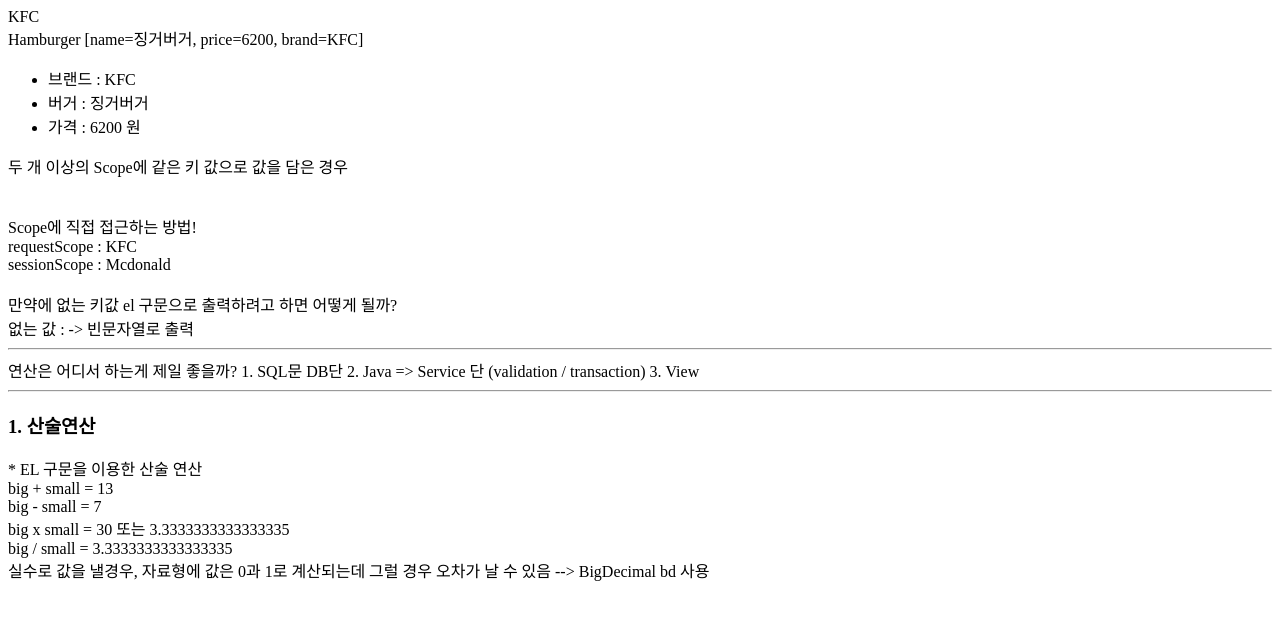
Repository: parkjin-sol/web-workplace
Page: http://localhost/McdonaldProject/sc
These files come from the project's save history. The page is drawn as it stood at one moment and after the next save; the edit follows.
The browser window is 1280 px wide. The pictures show the whole page.
The page is served by Tomcat 9. Other server files are loaded and not shown.

Above is the page before, as saved 2025-03-11 01:49:40.

### McdonaldProject/src/main/webapp/WEB-INF/views/print.jsp
<%@ page language="java" contentType="text/html; charset=UTF-8"
    pageEncoding="UTF-8"%>
<%
	// String brand = (String)request.getAttribute("brand");
%>
<!DOCTYPE html>
<html>
<head>
<meta charset="UTF-8">
<title>Insert title here</title>
</head>
<body>
	${ brand } <br>
	${ bestSeller }

	<ul>
		<li> 브랜드 : ${ bestSeller.brand }</li>
		<li> 버거 : ${ bestSeller.name }</li>
		<li> 가격 : ${ bestSeller.price } 원</li>
	</ul>

	두 개 이상의 Scope에 같은 키 값으로 값을 담은 경우 <br>

	<!--
		page => request => session => application 순으로 키값을 겁색
	 -->
	 <br><br>
	 Scope에 직접 접근하는 방법! <br>
	 requestScope : ${ requestScope.brand } <br>
	 sessionScope : ${ sessionScope.brand } <br>
	 <br>
	 만약에 없는 키값 el 구문으로 출력하려고 하면 어떻게 될까? <br>

	 없는 값 : ${ sessionScope.abc }
	 -> 빈문자열로 출력


	 <hr>

	 연산은 어디서 하는게 제일 좋을까?
	 1. SQL문 DB단
	 2. Java => Service 단 (validation / transaction)
	 3. View

	 <hr>

	 <h3>1. 산술연산</h3>
	 <p>
	 	* EL 구문을 이용한 산술 연산
	 	<br>
	 	big + small = ${ big + small } <br>
	 	big - small = ${ big - small } <br>
	 	big x small = ${ big * small }  또는 ${ big div small }<br>
	 	big / small = ${ big / small } <br>

	 	실수로 값을 낼경우, 자료형에 값은 0과 1로 계산되는데
	 	그럴 경우 오차가 날 수 있음
	 	--> BigDecimal bd 사용

	 </p>




























</body>
</html>

### McdonaldProject/src/main/java/com/kh/mcdonald/controller/SettingController.java
package com.kh.mcdonald.controller;

import java.io.IOException;
import java.util.ArrayList;

import javax.servlet.ServletException;
import javax.servlet.annotation.WebServlet;
import javax.servlet.http.HttpServlet;
import javax.servlet.http.HttpServletRequest;
import javax.servlet.http.HttpServletResponse;
import javax.servlet.http.HttpSession;

import com.kh.mcdonald.model.dto.Hamburger;


@WebServlet("/sc")
public class SettingController extends HttpServlet {
	private static final long serialVersionUID = 1L;


    public SettingController() {
    	super();
    }


	protected void doGet(HttpServletRequest request, HttpServletResponse response) throws ServletException, IOException {
		// System.out.println("뚜겟");

		// Servlet에서 응답 데이터가 있는데 ?
		// JSP에게 보내줘야함! --> request에 담아서
		 							// Servlet 내장 객체 / Scope 객체

		// Application / Session / Request              / Page
		/*
		 * 1. Servlet Context(Application Scope)
		 * 하나의 애플리케이션 당, 딱 한 개 존재하는 객체
		 * 이 영역에 데이터를 담으면 전역에서 사용가능
		 *
		 * 2. HttpSession (Session Scope)
		 * 하나의 브라우저 당, 한 개 존재하는 객체
		 * 이 영역에 데이터를 담으면 JSP / Servlet 단에서 사용 가능
		 * 값이 한번 담기면, 브라우저가 닫히거나, 세션을 비우거나(로그아웃),
		 * 서버를 중지하기 전까지는 계속해서 사용 가능
		 *
		 * 3. HttpServletRequest (Request Scope)
		 * 요청 시 매 번 생성되는 객체
		 * 이 영역에 데이터를 담으면 해당 request 객체를 포워딩 받는
		 * 응답 JSP에서만 사용가능(1회용)
		 *
		 * 4. PageContext(Page Scope)
		 * JSP페이지 내에서만 사용가능
		 *
		 * => 위 객체들에 값을 담을떄는 .setAttribute("키", "value")
		 * 							    .getAttributr("키")
		 *                              .removeAttribute("키")
		 *
		 *
		 *
		 */

		// requestScope
		// 객체 지향 개념에서 제일 중요한건 주체!

		request.setAttribute("brand","KFC");
		request.setAttribute("bestSeller", new Hamburger("징거버거", 6200, "KFC"));


		// sessionScope
		HttpSession session = request.getSession();
		session.setAttribute("brand", "Mcdonald");
		session.setAttribute("bestSeller", new Hamburger("빅맥", 6500,"Mcdonald"));


		// 숫자
		request.setAttribute("big", 10);
		request.setAttribute("small", 3);

		// 문자
		request.setAttribute("str", "좋아하는 문구");

		// 리스트
		request.setAttribute("list", new ArrayList());


		// 응답 뷰 위임 -> 포워딩

		request.getRequestDispatcher("/WEB-INF/views/print.jsp").forward(request, response);

	}


	protected void doPost(HttpServletRequest request, HttpServletResponse response) throws ServletException, IOException {
		doGet(request, response);
	}

}

### McdonaldProject/src/main/java/com/kh/mcdonald/model/dto/Hamburger.java
package com.kh.mcdonald.model.dto;

public class Hamburger {
	private String name;
	private int price;
	private String brand;

	public Hamburger() {
		super();
	}
	public Hamburger(String name, int price, String brand) {
		super();
		this.name = name;
		this.price = price;
		this.brand = brand;
	}
	@Override
	public String toString() {
		return "Hamburger [name=" + name + ", price=" + price + ", brand=" + brand + "]";
	}

	public String getName() {
		return name;
	}
	public void setName(String name) {
		this.name = name;
	}
	public int getPrice() {
		return price;
	}
	public void setPrice(int price) {
		this.price = price;
	}
	public String getBrand() {
		return brand;
	}
	public void setBrand(String brand) {
		this.brand = brand;
	}


}

After the next save:
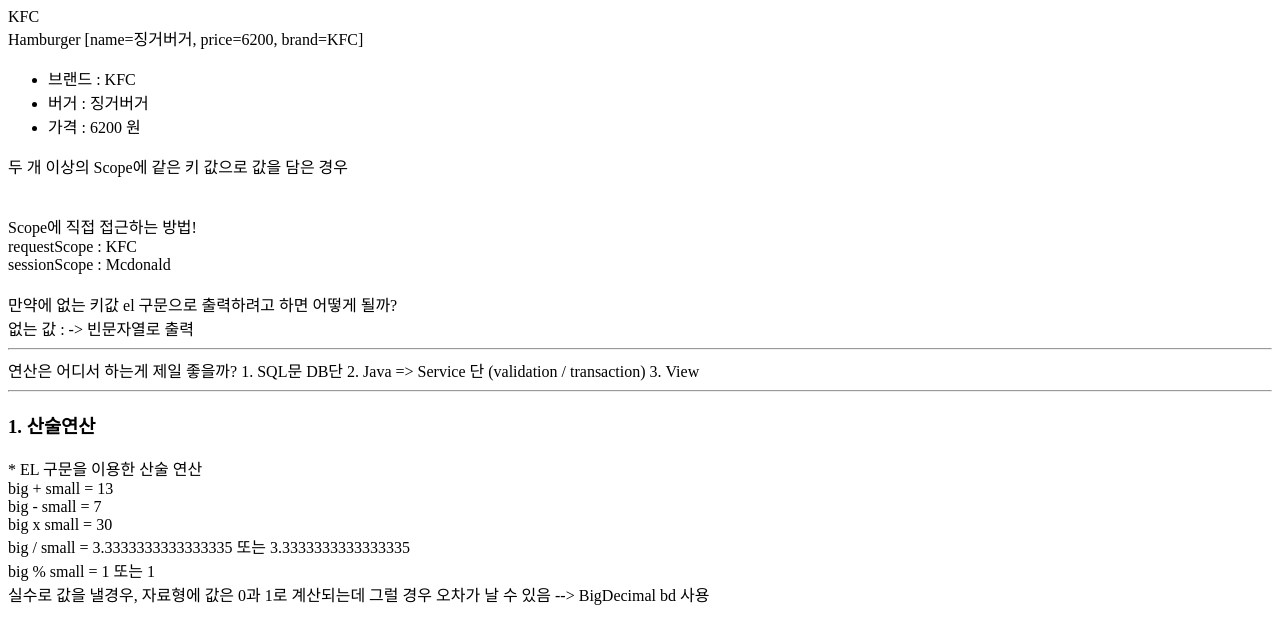
Saved 30 s later.
--- a/McdonaldProject/src/main/webapp/WEB-INF/views/print.jsp
+++ b/McdonaldProject/src/main/webapp/WEB-INF/views/print.jsp
@@ -50,8 +50,9 @@
 	 	<br>
 	 	big + small = ${ big + small } <br>
 	 	big - small = ${ big - small } <br>
-	 	big x small = ${ big * small }  또는 ${ big div small }<br>
-	 	big / small = ${ big / small } <br>
+	 	big x small = ${ big * small }  <br>
+	 	big / small = ${ big / small } 또는 ${ big div small } <br>
+	 	big % small = ${ big % small } 또는 ${ big mod small } <br>
 
 	 	실수로 값을 낼경우, 자료형에 값은 0과 1로 계산되는데
 	 	그럴 경우 오차가 날 수 있음
